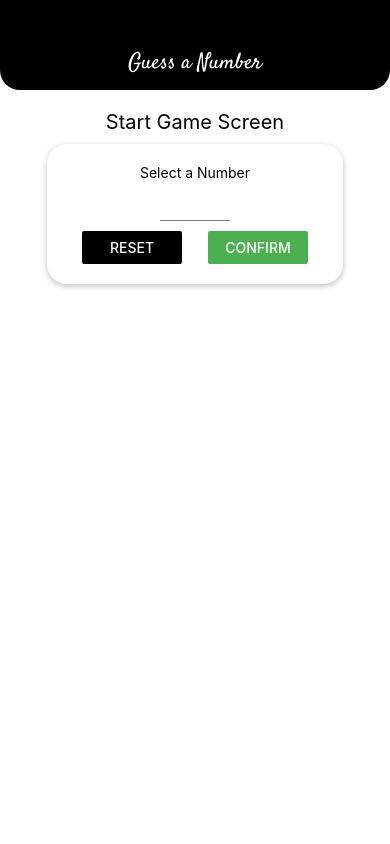
Repository: oguzhan18m/react-native-guess-number-game
Screen: /
The author's editor kept a copy of each file at every save. The screen is drawn from the files as they stood at one save, then again after the next save.
The app was drawn by React Native's web renderer in a window 390 px wide. The project was rebuilt for these pictures with package versions that can differ from the ones it lists, and the page was loaded fresh each time. Some packages were replaced by stand-ins written for this rebuild. Also part of the build but not shown: screens/GameScreen.js, screens/GameOver.js.

Above is the screen before, as saved 2021-03-04 23:13:46.

### App.js
import React, { useState } from 'react';
import { StyleSheet, Text, View } from 'react-native';
import Header from './components/Header';
import StartGameScreen from './screens/StartGameScreen';
import GameScreen from './screens/GameScreen';
import GameOver from './screens/GameOver';
import * as Font from 'expo-font';
import { useFonts } from 'expo-font';
import AppLoading from 'expo-app-loading';

const fetchFonts = () => {
  return Font.loadAsync({
    'Satisfy' : require('./assets/fonts/Satisfy-Regular.ttf'),
  })
}

export default function App() {
  const [userNumber, setUserNumber] = useState();
  const [guessRounds, setGuessRounds] = useState(0);
  const [dataLoaded , setDataLoaded] = useState(false);


  if(!dataLoaded){
    return (
      <AppLoading startAsync={fetchFonts}  onFinish={() => setDataLoaded(true)}  onError={(err)=>console.log(err)} />
    )
  }


  const configureNewGameHandler = () =>{
    setGuessRounds(0);
    setUserNumber(null);
  }

  const startGameHandler = (selectedNum) =>{
    setUserNumber(selectedNum);
  }

    const gameOverHandler = (numOfRounds) =>{
      setGuessRounds(numOfRounds);
  }

  let content = <StartGameScreen onStartGame={startGameHandler} />;

  console.log(userNumber);

  if(userNumber && guessRounds <=0 ){
    content=<GameScreen userChoice={userNumber} onGameOver={gameOverHandler} />
  }else if(guessRounds >0){
    content= <GameOver roundsNumber={guessRounds} userNumber={userNumber} configureNewGameHandler={configureNewGameHandler} />;
  }
  return (
    <View style={styles.screen}>
      <Header title='Guess a Number' />
      {content}
    </View>
  );
}

const styles = StyleSheet.create({
  screen:{
    flex:1,

  }
});

### components/Header.js
import React from 'react';
import { StyleSheet, Text, View } from 'react-native';
import Colors from '../constants/Colors';

const Header = (props) => {
    return (
        <View style={styles.header}>
            <Text style={styles.headerTitle}>{props.title}</Text>

        </View>
    )
}

const styles = StyleSheet.create({
    header:{
        width:'100%',
        height:90,
        paddingTop:36,
        backgroundColor:'black',
        alignItems:'center',
        justifyContent:'center',
        borderBottomLeftRadius:20,
        borderBottomRightRadius:20,
    },
    headerTitle:{
        color:'white',
        fontSize:22,
        fontFamily:'Satisfy',

    }
});

export default Header;

### screens/StartGameScreen.js
import React, { useState } from 'react';
import { Button, StyleSheet, Text, View, TouchableWithoutFeedback, Keyboard, Alert } from 'react-native';
import Card from '../components/Card';
import Input from '../components/Input';
import Colors from '../constants/Colors';

const StartGameScreen = (props) => {
    const [ enteredValue, setEnteredValue] = useState('');
    const [ confirmed, setConfirmed] = useState(false);
    const [ selectedNumber, setSelectedNumber] = useState();



    const numberInputHandler = (inputText) =>{
        setEnteredValue(inputText);
    }

    const resetInputHandler = () =>{
        setEnteredValue('');
        setConfirmed(false);
    }

    const confirmInputHandler = () =>{
        const chosenNumber = parseInt(enteredValue);
        if(chosenNumber === NaN || chosenNumber <= 0 || chosenNumber > 99 ){
            Alert.alert('Invalid Number!' , 'Number has to be between 1 and 99.' ,[{text:'Okay', style:'destructive', onPress:resetInputHandler}]);
            return ;
        }
        setConfirmed(true);
        setSelectedNumber(chosenNumber);
        setEnteredValue('');
        Keyboard.dismiss()
    }

    let confirmedOutput;
    if(confirmed){
        confirmedOutput = (
            <Card style={styles.summaryContainer}>
                <Text>You selected</Text>
                <View style={styles.numberContainer}>
                    <Text style={styles.theNumber}>{selectedNumber}</Text>
                </View>
                <Button title='START GAME' onPress={()=> props.onStartGame(selectedNumber)} />
            </Card>
        )
    }
    return (
        <TouchableWithoutFeedback onPress={()=>Keyboard.dismiss()}>
        <View style={styles.screen}>
            <Text style={styles.title}>Start Game Screen</Text>
            <Card style={styles.inputContainer}>
                <Text>Select a Number</Text>
                <Input  style={styles.input}
                blurOnSubmit
                autoCapitalize='none'
                autoCorrect={false}
                keyboardType='number-pad'
                maxLength={2}
                onChangeText={numberInputHandler}
                value={enteredValue}
                />
                <View style={styles.buttonContainer}>
                    <View style={styles.button}>
                    <Button title='Reset' onPress={resetInputHandler} color={Colors.accent} />
                    </View>
                    <View style={styles.button}>
                    <Button title='Confirm' onPress={confirmInputHandler} color={Colors.primary} />
                    </View>
                </View>
            </Card>
            {confirmedOutput}
        </View>
        </TouchableWithoutFeedback>
    )
}

const styles = StyleSheet.create({
    screen : {
        flex:1,
        padding:10,
        alignItems:'center',

    },
    title:{
        fontSize:20,
        marginVertical:10,

    },
    buttonContainer:{
        flexDirection:'row',
        alignItems:'center',
        justifyContent:'space-between',
        width:'100%',
        paddingHorizontal:15,
    },
    inputContainer:{
        width:300,
        maxWidth:'80%',
        alignItems:'center',
    },
    button: {
        width:100,
    },
    input:{
        width:70,
        textAlign:'center',
    },
    summaryContainer:{
        marginTop:20,
        alignItems:'center',

    },
    numberContainer:{
        borderWidth:5,
        borderColor: Colors.accent,
        padding:10,
        borderRadius:10,
        marginVertical:10,
        alignItems:'center',
        justifyContent:'center',
    },
    theNumber:{
        color:Colors.accent,
        fontSize:22,
    }

});

export default StartGameScreen;

### constants/Colors.js
export default {
    primary:'#4CAF50',
    accent:'black',
}

### components/Card.js
import React from 'react';
import { Button, StyleSheet, Text, TextInput, View } from 'react-native';

const Card = (props) => {
    return (
        <View style={{...styles.card, ...props.style}}>
            {props.children}
        </View>
    )
}



const styles = StyleSheet.create({
    card:{
        shadowColor:'black',
        shadowOffset:{width:0, height:2},
        shadowRadius:6,
        shadowOpacity:0.26,
        backgroundColor:'white',
        elevation:5,
        padding:20,
        borderRadius:20,
    }
});
export default Card;

### components/Input.js
import React from 'react';
import { Button, StyleSheet, Text, TextInput, View } from 'react-native';

const Input = (props) => {
    return (
            <TextInput {...props} style={{...styles.input , ...props.style }} />
    )
};


const styles = StyleSheet.create({
    input:{
        height:30,
        borderBottomColor:'grey',
        borderBottomWidth:1,
        marginVertical:10,
    }
});

export default Input;

After the next save:
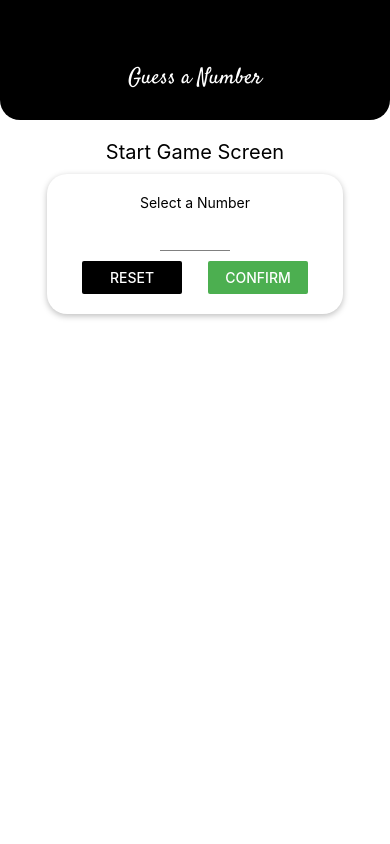
Saved 10 s later.
--- a/components/Header.js
+++ b/components/Header.js
@@ -14,7 +14,7 @@ const Header = (props) => {
 const styles = StyleSheet.create({
     header:{
         width:'100%',
-        height:90,
+        height:120,
         paddingTop:36,
         backgroundColor:'black',
         alignItems:'center',
